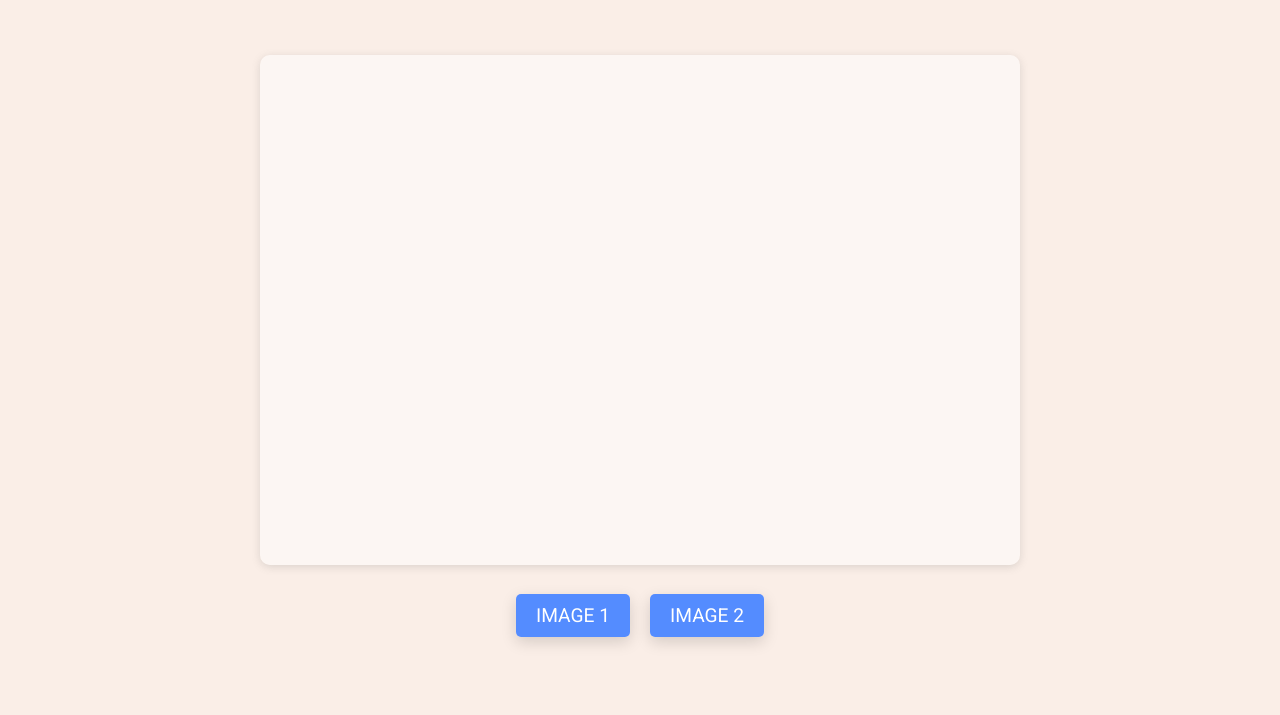
Repository: Lucas-Cassan/img-assembler
Page: / (app in frontend/)
These files come from the project's save history. The page is drawn as it stood at one moment and after a run of saves; the edit follows.
The browser window is 1280 px wide. The pictures show the whole page.
The project was rebuilt for these pictures with package versions that can differ from the ones it lists, and the page was loaded fresh each time.

Above is the page before, as saved 2022-02-02 15:35:42.

After the next 2 saves:
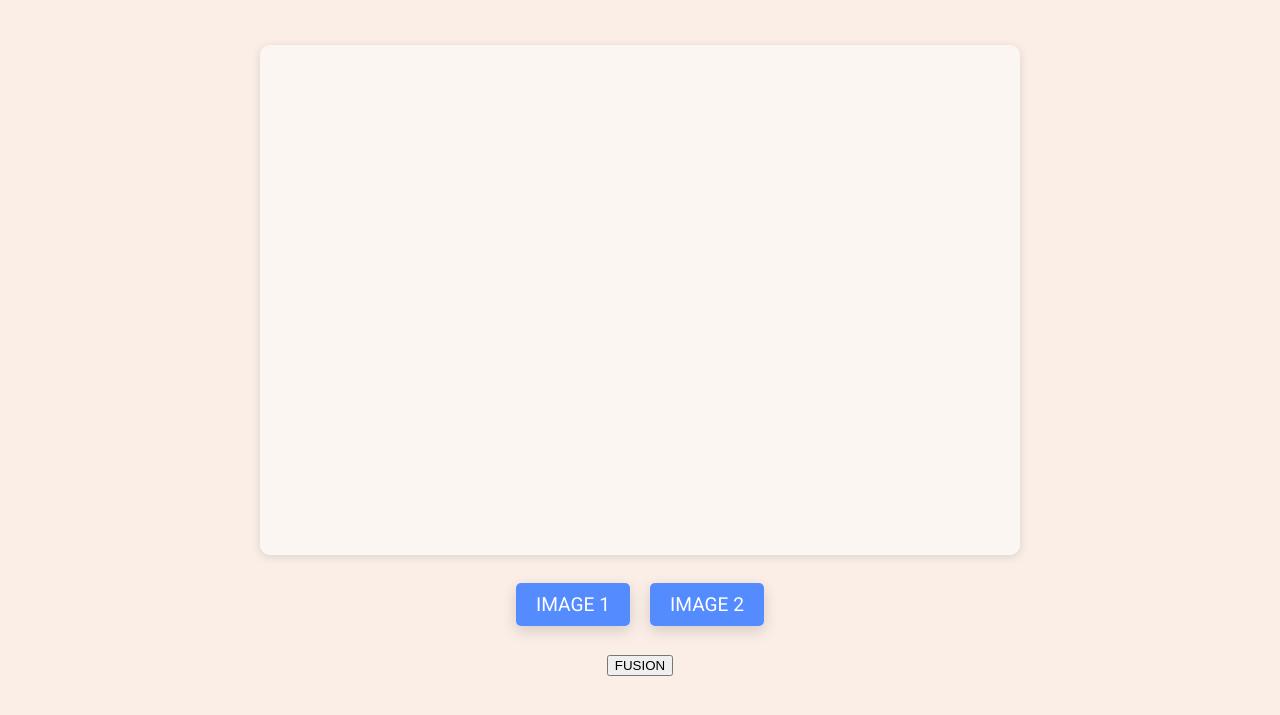
The 2 saves are shown as one change because they came seconds apart.
The last was saved 10 min 53 s later.
--- a/frontend/src/pages/Fusiooooon.js
+++ b/frontend/src/pages/Fusiooooon.js
@@ -1,32 +1,32 @@
-import React, { useState } from "react";
+import React, { useEffect, useState } from "react";
 import axios from "axios";
+import mergeImages from "merge-images";
+import body from "../img/body.png";
+import eyes from "../img/eyes.png";
+import mouth from "../img/mouth.png";
 
 const Fusiooooon = () => {
   const [file1, setFile1] = useState();
   const [file2, setFile2] = useState();
+  const [fusion, setFusion] = useState();
+
+  console.log(file1);
+
+  useEffect(() => {
+    if (file1 !== undefined && file2 !== undefined) {
+      if (file1.name && file2.name) {
+        mergeImages([{ src: body }, { src: eyes }, { src: mouth }]).then(
+          (b64) => (document.getElementById("img").src = b64),
+        );
+        setFusion(document.getElementById("img").src);
+      }
+    }
+  }, [file1, file2]);
 
   const handleSubmit = (e) => {
     e.preventDefault();
-
-    console.log(file1);
     const data = new FormData();
-    data.append("file", file1);
-
-    axios({
-      method: "post",
-      url: `http://localhost:5000/img/merge`,
-      data,
-    })
-      .then((res) => console.log(res))
-      .catch((err) => console.log(err));
-  };
-
-  const handleSubmit2 = (e) => {
-    e.preventDefault();
-
-    console.log(file1);
-    const data = new FormData();
-    data.append("file", file2);
+    data.append("file", fusion);
 
     axios({
       method: "post",
@@ -39,6 +39,7 @@ const Fusiooooon = () => {
 
   return (
     <>
+
       <div id="image"></div>
       <div id="form">
         <form action="" onSubmit={handleSubmit}>
@@ -48,22 +49,24 @@ const Fusiooooon = () => {
             name="image1"
             id="image1"
             accept=".jpg, .jpeg, .png"
-            onChange={(e) => setFile1(e.target.image1[0])}
+            onChange={(e) => setFile1(e.target.files[0])}
           />
           <input type="submit" value="enregistrer" />
         </form>
-        <form action="" onSubmit={handleSubmit2}>
+        <form action="">
           <label htmlFor="image2">Image 2</label>
           <input
             type="file"
             name="image2"
             id="image2"
             accept=".jpg, .jpeg, .png"
-            onChange={(e) => setFile2(e.target.image2[0])}
+            onChange={(e) => setFile2(e.target.files[0])}
           />
           <input type="submit" value="enregistrer" />
         </form>
       </div>
+      <button onClick={handleSubmit}>FUSION</button>
+
     </>
   );
 };
